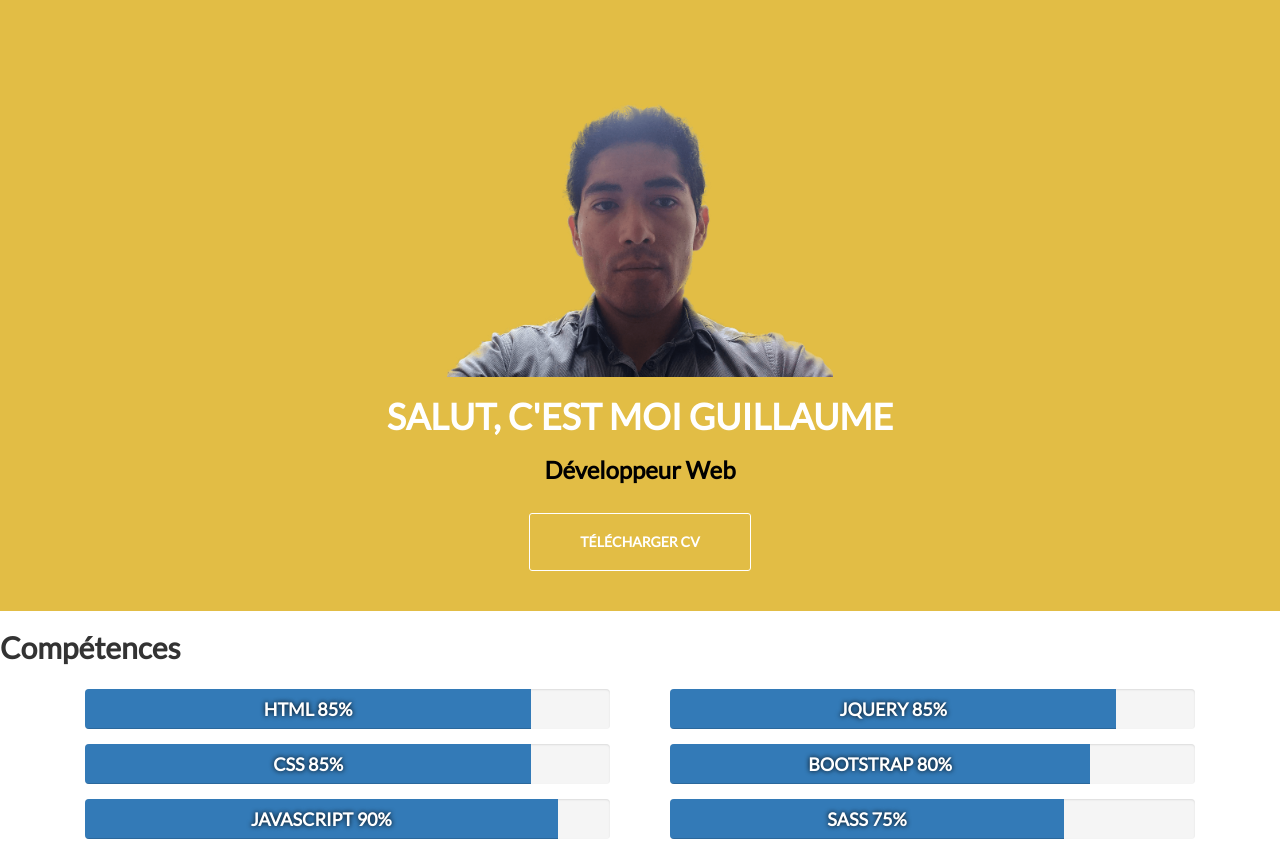
Repository: 0Memo/mon-cv
Page: index.html
These files come from the project's save history. The page is drawn as it stood at one moment and after the next save; the edit follows.
The browser window is 1280 px wide. The pictures show the whole page.

Above is the page before, as saved 2020-12-28 21:05:21.

### index.html
<!DOCTYPE html>
<html lang="en">
    <head>
        <meta charset="UTF-8">
        <meta name="viewport" content="width=device-width, initial-scale=1.0">
        <meta name="description" content="Voici mon cv, vous pourrez découvrir mon parcours de formation, et mes expériences professionnelles">
        <meta name="author" content="Guillaume Mehats">
        <title>Mon CV</title>
        <link rel="preconnect" href="https://fonts.gstatic.com">
        <link href="https://fonts.googleapis.com/css2?family=Lato&display=swap" rel="stylesheet">
        <link rel="stylesheet" href="css/bootstrap.min.css">
        <link rel="stylesheet" href="css/styles.css">
        <link rel="shortcut icon" href="img/colombia.png">
    </head>
    <body>
        <section id="about" class="container-fluid">
            <div class="col-xs-8 col-md-4 profile-picture">
                <img src="img/photo.png" alt="Guillaume" class="rounded-circle">
            </div>
            <div class="heading">
                <h1>Salut, c'est moi Guillaume</h1>
                <h3>Développeur Web</h3>
                <a href="docs/CV_Guillaume_Mehats.pdf" class="button1">Télécharger CV</a>
            </div>
        </section>

        <section id="skills">
            <div class="yellow-divider">
            </div>
            <div class="heading">
                <h2>Compétences</h2>
            </div>
            <div class="container">
                <div class="row">
                    <div class="col-md-6">
                        <div class="progress">
                            <div class="progress-bar" role="progressbar" aria-valuenow="85" aria-valuemin="0" aria-valuemax="100" style="width:85%">
                                <h5>HTML 85%</h5>
                            </div>
                        </div>
                        <div class="progress">
                            <div class="progress-bar" role="progressbar" aria-valuenow="85" aria-valuemin="0" aria-valuemax="100" style="width:85%">
                                <h5>CSS 85%</h5>
                            </div>
                        </div>
                        <div class="progress">
                            <div class="progress-bar" role="progressbar" aria-valuenow="90" aria-valuemin="0" aria-valuemax="100" style="width:90%">
                                <h5>JAVASCRIPT 90%</h5>
                            </div>
                        </div>
                    </div>
                    <div class="col-md-6">
                        <div class="progress">
                            <div class="progress-bar" role="progressbar" aria-valuenow="85" aria-valuemin="0" aria-valuemax="100" style="width:85%">
                                <h5>JQUERY 85%</h5>
                            </div>
                        </div>
                        <div class="progress">
                            <div class="progress-bar" role="progressbar" aria-valuenow="80" aria-valuemin="0" aria-valuemax="100" style="width:80%">
                                <h5>BOOTSTRAP 80%</h5>
                            </div>
                        </div>
                        <div class="progress">
                            <div class="progress-bar" role="progressbar" aria-valuenow="75" aria-valuemin="0" aria-valuemax="100" style="width:75%">
                                <h5>SASS 75%</h5>
                            </div>
                        </div>
                    </div>
                </div>
            </div>
        </section>


        <script src="js/jquery-3.5.1.min.js"></script>
        <script src="https://cdn.jsdelivr.net/npm/popper.js@1.16.0/dist/umd/popper.min.js" integrity="sha384-Q6E9RHvbIyZFJoft+2mJbHaEWldlvI9IOYy5n3zV9zzTtmI3UksdQRVvoxMfooAo" crossorigin="anonymous"></script>
        <script src="js/bootstrap.min.js"></script>
        <script src="js/script.js"></script>
    </body>
</html>

### css/styles.css
body {
    font-family: 'Lato', sans-serif;
}

h1, h2, h3, h4, h5, h6 {
    font-weight: bold;
}


.profile-picture {
    text-align: center;
    margin: 0 auto;
    float: none;
}

img {
    max-width: 100%;
    height: auto;
}
#about {
    padding-top: 100px;
    background: #e2bd45;
}

#about  .heading {
    text-align: center;
    padding-bottom: 40px;
}

#about .heading h1 {
    color: #fff;
    text-transform: uppercase;
}

#about .heading h3 {
    color: #000;
}

#about .heading .button1 {
    color: #fff;
    font-weight: bold;
    text-transform: uppercase;
    border: 1px solid #fff;
    margin-top: 20px;
    display: inline-block;
    padding: 18px 50px;
    border-radius: 3px;
    transition: all 0.3s ease-in 0s;
}

#about .heading .button1:hover {
    text-decoration: none;
    background: #fff;
    color: #e2bd45;
}

#skills .progress {
    margin: 15px;
    height: 40px;
}

#skills .progress .progress-bar h5 {
    text-shadow: 0 0 5px #000;
    font-size: 18px;
    line-height: 20px;
}

Loaded but not shown: css/bootstrap.min.css (library); js/jquery-3.5.1.min.js (library); js/bootstrap.min.js (library); js/script.js (no copy from this time; the picture is the same without it)

After the next save:
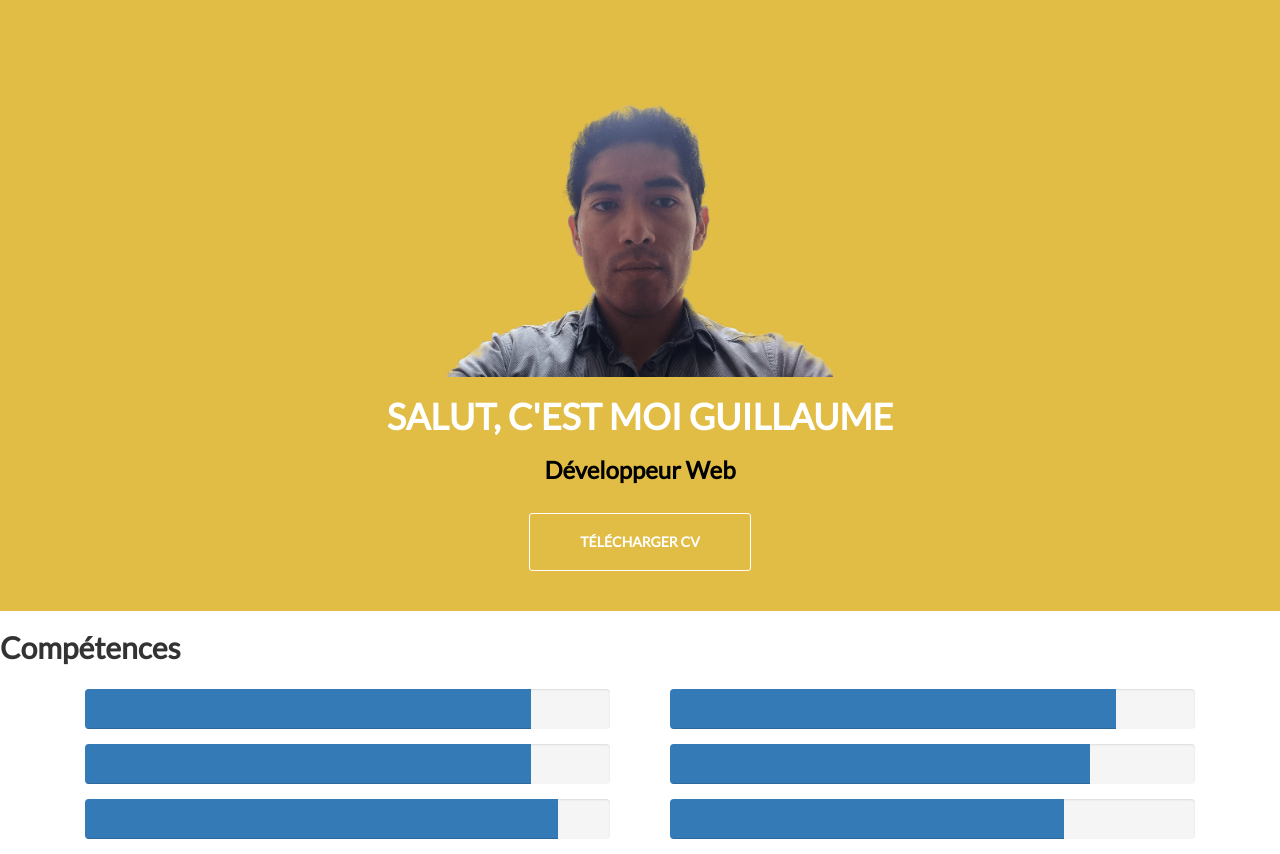
Saved 17 s later.
--- a/css/styles.css
+++ b/css/styles.css
@@ -62,5 +62,5 @@ img {
 #skills .progress .progress-bar h5 {
     text-shadow: 0 0 5px #000;
     font-size: 18px;
-    line-height: 20px;
+    line-height: 180px;
 }
